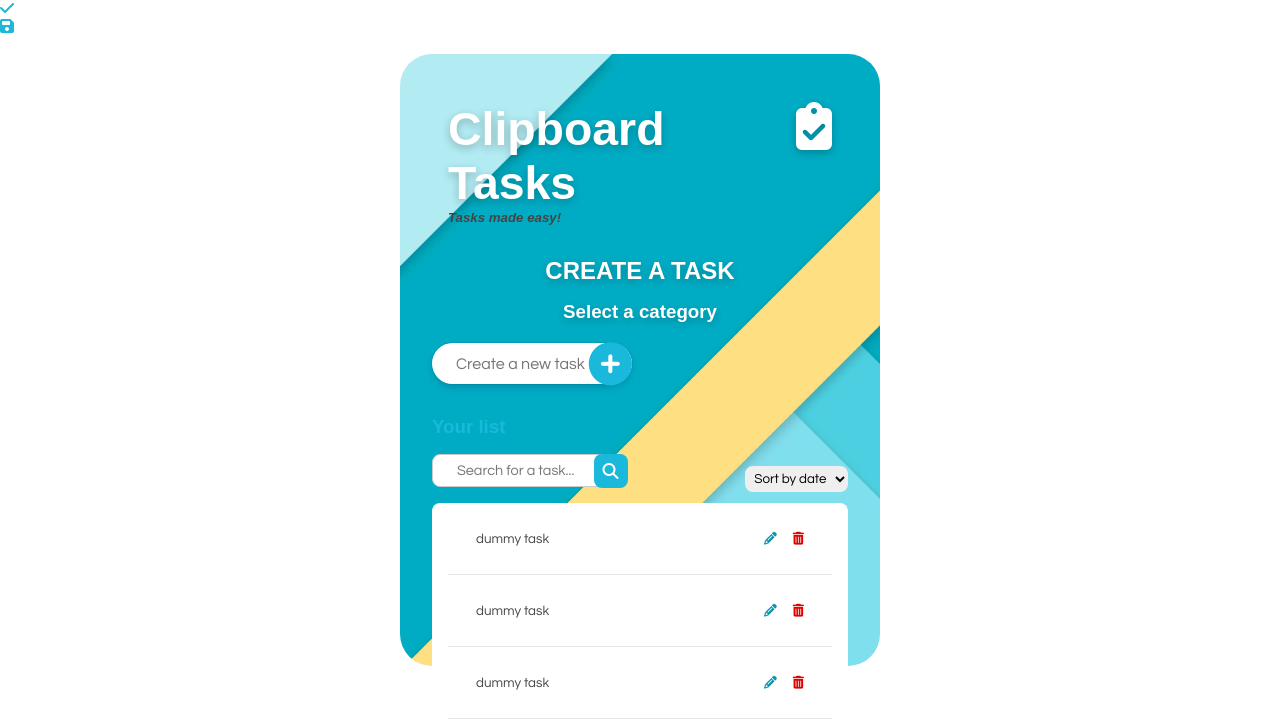
Repository: WesleyErasmus/Todo-App
Page: todoApp.html
The author's editor kept a copy of each file at every save. The page is drawn from the files as they stood at one save, then again after the next save.
The browser window is 1280 px wide. The pictures show the whole page.
Some web fonts or font styles are not loaded; a fallback is used. Some web libraries are served in a nearby version.

Above is the page before, as saved 2022-06-12 16:23:39.

### todoApp.html
<!DOCTYPE html>
<html lang="en">
<head>
    <meta charset="UTF-8">
    <meta http-equiv="X-UA-Compatible" content="IE=edge">
    <meta name="viewport" content="width=device-width, initial-scale=1.0">
    <title>Todo App</title>
    <script src="https://kit.fontawesome.com/81ea498f91.js" crossorigin="anonymous"></script>
    <link rel="stylesheet" href="/source/css/todoApp.css">
    <script src="/source/script/todoApp.js" defer></script>
</head>
<body>
    <!-- App wrapper -->
    <main class="app-wrapper">
        <!-- App header -->
        <header>
            <div>
            <h1 class="slogan">Clipboard Tasks</h1>
            <h5 class="slogan-2"><em>Tasks made easy!</em></h5>
            </div>
            <div id="jumbotron-logo"><i class="fa-solid fa-clipboard-check fa-3x"></i></div>
        </header>

        <h2 id="create-task-heading">CREATE A TASK</h2>

        <!-- Categories section -->
        <section>
        <form id="todo-list-form">
            <h3 class="category-heading">Select a category</h3>
            <div class="category-selectors">
                <!-- Personal category (make to assign as default, unless user selects work category) -->
                <!-- <label id="personal-label-btn">
                    <input type="radio" name="category" value="Personal" id="personal-category" />
                    <div>Personal</div>
                </label> -->
                <!-- Work category -->
                <!-- <label id="work-label-btn">
                    <input type="radio" name="category" value="Work" id="work-category" />
                    <div>Work</div>
                </label>
            </div> -->
            <!-- End of radio categories div -->
            <div class="create-submit">
            <input type="text" name="create-task" id="create-task" placeholder="Create a new task" />
            <button id="task-submit-btn" type="submit" value="create-new-task">
                <i class="fa-solid fa-circle-plus"></i>
            </button>
        </div>
        </form>
        </section>

        <!-- Task list is created here, new tasks are outputted below -->
        <section class="todo-list-output">
            <div id="list-header">
            <h3>Your list</h3>
            </div>
            <!-- SEARCH BAR -->
            <div id="search-filter-section">
                <form id="search-bar">
                <input type="text"
                id="search-bar"
                placeholder="Search for a task...">
                <button type="submit"><i class="fa fa-search"
                id="search-submit-btn"></i></button>
                </form>
                <!-- Classic filter dropdown -->
                <div>
                    <select name="filter" id="filter">
                    <option value="Date">Sort by date</option>
                    <option value="Name">Sort by title</option>
                    </select>
                    <!-- <i class="fa-solid fa-arrow-down-wide-short"></i> -->
                </div>

                </div>
            <!-- Actual task list output -->
            <div class="tasks" id="tasks">

                <div class="dummy-task">

                    <div class="task-name">
                        <input type="text"
                        class="text"
                        value="dummy task"
                        readonly>
                        <div class="edit-delete">
                            <button class="edit"><i class="fa-solid fa-pencil"></i></button>
                            <button class="delete"><i class="fa fa-trash" aria-hidden="true"></i></button>
                        </div>
                    </div>
                </div>

                <div class="dummy-task">

                    <div class="task-name">
                        <input type="text"
                        class="text"
                        value="dummy task"
                        readonly>
                        <div class="edit-delete">
                            <button class="edit"><i class="fa-solid fa-pencil"></i></button>
                            <button class="delete"><i class="fa fa-trash" aria-hidden="true"></i></button>
                        </div>
                    </div>
                </div>

                <div class="dummy-task">

                    <div class="task-name">
                        <input type="text"
                        class="text"
                        value="dummy task"
                        readonly>
                        <div class="edit-delete">
                            <button class="edit"><i class="fa-solid fa-pencil"></i></button>
                            <button class="delete"><i class="fa fa-trash" aria-hidden="true"></i></button>
                        </div>
                    </div>
                </div>

            </div>

        </section>

    </main> <!-- End of App wrapper -->
        <!-- Save icon and task complete icon -->
                <li><i class="fa-solid fa-check"></i></li>
                <li><i class="fa-solid fa-floppy-disk"></i></li>

</body>
</html>

### source/css/todoApp.css
@import url('https://fonts.googleapis.com/css2?family=Lexend+Tera:wght@100&family=Questrial&display=swap');


/* CSS Variables */
:root {
    --background-color: #fff;
    --primary: #1AB8DB;
    --secondary: #1593AF;
    --delete: #E50000;
    --grey: #ccc9c9;
    --dark-grey: #444444;

    --text-shadows: text-shadow: rgba(0, 0, 0, 0.24) 0px 3px 8px;
    --box-shadows: box-shadow: rgba(9, 30, 66, 0.25) 0px 4px 8px -2px, rgba(9, 30, 66, 0.08) 0px 0px 0px 1px;

    /* add linear gradients */
}

/* Universal selector styling */
* {
    box-sizing: border-box;
    margin: 0;
    padding: 0;
    font-family: 'Lexend Tera', sans-serif;
    list-style: none;
}

/* Below will remove input and checkbox default styling */
input:not([type="radio"]):not([type="checkbox"]), button {
	appearance: none;
	border: none;
	outline: none;
	background: none;
	cursor: initial;
}

/* *** UNIVERSAL BUTTON STYLING *** */
button {
	appearance: none;
	border: none;
	outline: none;
	background: none;
	cursor: initial;
    cursor: pointer;
}

body {
    background-color: var(--background-color);
    color: var(--primary);
}

main {
    padding-top: 2rem;
    background-color: var(--secondary);
    background-image: url(/images/bg-1.jpg);
    background-size: cover;
    background-position: center;
    background-repeat: no-repeat;
    border-radius: 2rem;
    padding-left: 2rem;
    padding-right: 2rem;
    flex: 1 1 0%;
    align-items: center;
    justify-content: center;
    max-width: 480px;
    height: 85vh;
    width: 100%;
    position: absolute;
    top: 50%;
    left: 50%;
    margin-right: -50%;
    transform: translate(-50%, -50%)
}

section {
    margin-top: 1rem;
    margin-bottom: 2rem;
}

header {
    display: flex;
    justify-content: space-between;
    padding: 1rem;
    border-radius: 1rem;
    /* add gradient color to font and logo */
}
.slogan {
    color: #fff;
    font-family: 'Lexend Tera', sans-serif;
    font-size: 2.9rem;
    text-shadow: rgba(0, 0, 0, 0.24) 0px 3px 8px;
    /* -webkit-background-clip: text;
    -webkit-text-fill-color: transparent; */
}
.slogan-2 {
    color: #444444;
}

#jumbotron-logo {
    color: #fff;
    text-shadow: rgba(0, 0, 0, 0.24) 0px 3px 8px;
}
/* create task H3 styling*/
#create-task-heading {
    color: var(--background-color);
    margin-top: 1rem;
    text-align: center;
    text-shadow: rgba(0, 0, 0, 0.24) 0px 3px 8px;
}
/* Select category h2 styling */
.category-heading {
    color: var(--background-color);
    text-align: center;
    margin-bottom: 0.75rem;
    text-shadow: rgba(0, 0, 0, 0.24) 0px 3px 8px;
}

/* Work / personal category selector styling */
.category-selectors {
    display: grid;
    grid-template-columns: repeat(2, 1fr);
    grid-gap: 1rem;
    margin-bottom: 1rem;
}

label {
    font-family: 'Karla', sans-serif;
    font-weight: 590;
}

.category-selectors label{
    display: flex;
    flex-direction: column;
    justify-content: center;
    align-items: center;
    background-color: var(--primary);
    padding: 1rem 2rem;
    border-radius: 999999px;
    color: #fff;
    box-shadow: var(--box-shadows);
}

/* change the below id to #work-category-btn */
#work-label-btn {
    font-family: 'Karla', sans-serif;
    background-color: var(--grey);
}

#create-task {
    font-family: 'Questrial', sans-serif;
	display: block;
	width: 100%;
	font-size: 1rem;
	padding: 0.79rem 1.5rem;
    padding-right: 0rem;
	color: var(--dark-grey);
	background-color: var(--background-color);
    box-shadow: rgba(9, 30, 66, 0.25) 0px 4px 8px -2px, rgba(9, 30, 66, 0.08) 0px 0px 0px 1px;
    border-radius: 9999px;

}

/* change to task add btn */
#task-submit-btn{
    position: absolute;
    display: block;
    right: 0rem;
    bottom: -0.5px;
    border: none;
    background-color: transparent;
    color: var(--primary);
}

.fa-circle-plus {
    font-size: 2.7rem;
}

/* add gradient color to fa-logo */

.create-submit {
    position: relative;
    display: flex;
    justify-content: center;
    align-items: center;
    text-align: center;
    margin-top: 0.5rem;
}

.create-task {
    text-align: center;
}

#list-header {
width: 80%;
display: flex;
justify-content: space-between;
margin-bottom: 1rem;
}

#search-filter-section {
    display: flex;
    margin: 0 auto;
    justify-content: space-between;
    margin-top: 1rem;
    text-align: center;
    align-items: center;
}

#search-bar {
    position: relative;
    display: flex;
    justify-content: center;
    align-items: center;
    width: 47%;
}

#search-bar input{
    font-family: 'Questrial', sans-serif;
	display: block;
	width: 100%;
	font-size: 0.9rem;
	padding: 0.50rem 1.5rem;
    padding-right: 0rem;
	color: var(--dark-grey);
	background-color: var(--background-color);
    border: 0.1px solid var(--grey);
    border-radius: 0.5rem;
    margin-bottom: 1rem;
}

#search-submit-btn {
    position: absolute;
    display: block;
    right: 0rem;
    top: 0;
    background-color: var(--primary);
    border-top-left-radius: 0.5rem;
    border-bottom-left-radius: 0.5rem;
    border-top-right-radius: 0.5rem;
    border-bottom-right-radius: 0.5rem;
    padding: 0.56rem;
    color: #fff;
}

/* Font-awesome search icon styling */
.fa-search {
    font-size: 1rem;
    color: var(--primary);
}

/* Filter styling */
.filter {
    font-family: 'Questrial', sans-serif;
    font-size: 1.1rem;
    font-weight: 500;
    color: var(--secondary);
    text-shadow: var(--text-shadows);
}

.fa-arrow-down-wide-short {
    color: var(--primary);
}

select {
    margin-left: 0.3rem;
    padding: 0.3rem;
    border: none;
    outline: 0;
    /* border: 1px var(--grey) solid; */
    border-radius: 0.5rem;
    font-family: 'Questrial', sans-serif;
    box-shadow: var(--box-shadows);
}
option {
    font-family: 'Questrial', sans-serif;
}

#tasks {
    border-radius: 0.5rem;
    background-color: #fff;
}

#tasks .task-name {
    display: flex;
    justify-content: space-between;
    background-color: var(--background-color);
    padding: 1.75rem;
    background-color: #fff;
    margin-bottom: 0rem;
    margin: 0 1rem;
    border-bottom: 0.01px solid rgba(229, 225, 225, 0.919);
}

.dummy-task .task-name {
    flex: 1 1 0%;
}

.dummy-task .task-name .text {
    color: var(--dark-grey);
    font-family: 'Questrial', sans-serif;
    width: 100%;
    display: block;
    transition: 0.4s;
}

.dummy-task .edit-delete {
    display: flex;
    margin: 0 -0.5rem;

}

/* Edit button styling */

.fa-pencil {
    color: var(--secondary);
}

.fa-trash {
    color: var(--delete);
}

.dummy-task .edit-delete button {
    cursor: pointer;
    margin: 0 0.5rem;
    font-size: 0.8rem;
    font-weight: 700;
    text-transform: uppercase;
    transition: 0.4s;
}

### source/script/todoApp.js
// *** FILTER BTN SCRIPT ***

/* When the user clicks on the button,
toggle between hiding and showing the dropdown content */
// function myFunction() {
//     document.getElementById("myDropdown").classList.toggle("show");
//   }

//   // Close the dropdown if the user clicks outside of it
//   window.onclick = function(event) {
//     if (!event.target.matches('.dropbtn')) {
//       var dropdowns = document.getElementsByClassName("dropdown-content");
//       var i;
//       for (i = 0; i < dropdowns.length; i++) {
//         var openDropdown = dropdowns[i];
//         if (openDropdown.classList.contains('show')) {
//           openDropdown.classList.remove('show');
//         }
//       }
//     }
//   }
//   *** END OF FILTER BUTTON ***

After the next save:
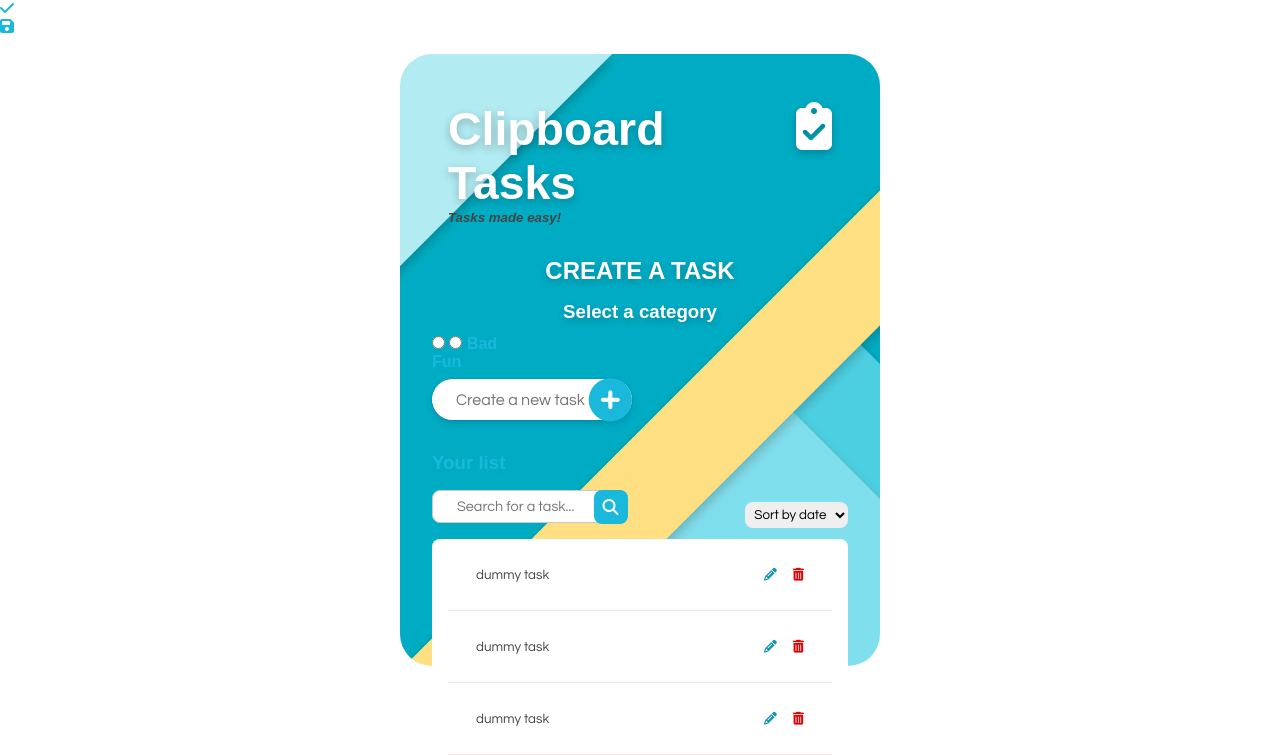
Saved 92 s later.
--- a/todoApp.html
+++ b/todoApp.html
@@ -27,6 +27,32 @@
         <section>
         <form id="todo-list-form">
             <h3 class="category-heading">Select a category</h3>
+
+            <div class="new-categories">
+
+                <div class="normal-container">
+                    <div class="smile-rating-container">
+                        <div class="smile-rating-toggle-container">
+                            <form class="submit-rating">
+                                <input id="meh"  name="satisfaction" type="radio" />
+                                <input id="fun" name="satisfaction" type="radio" />
+                                <label for="meh" class="rating-label rating-label-meh">Bad</label>
+                                <div class="smile-rating-toggle"></div>
+
+                                <div class="rating-eye rating-eye-left"></div>
+                                <div class="rating-eye rating-eye-right"></div>
+
+                                <div class="mouth rating-eye-bad-mouth"></div>
+
+                                <div class="toggle-rating-pill"></div>
+                                <label for="fun" class="rating-label rating-label-fun">Fun</label>
+                            </form>
+                        </div>
+                    </div>
+                </div>
+
+            </div>
+
             <div class="category-selectors">
                 <!-- Personal category (make to assign as default, unless user selects work category) -->
                 <!-- <label id="personal-label-btn">
